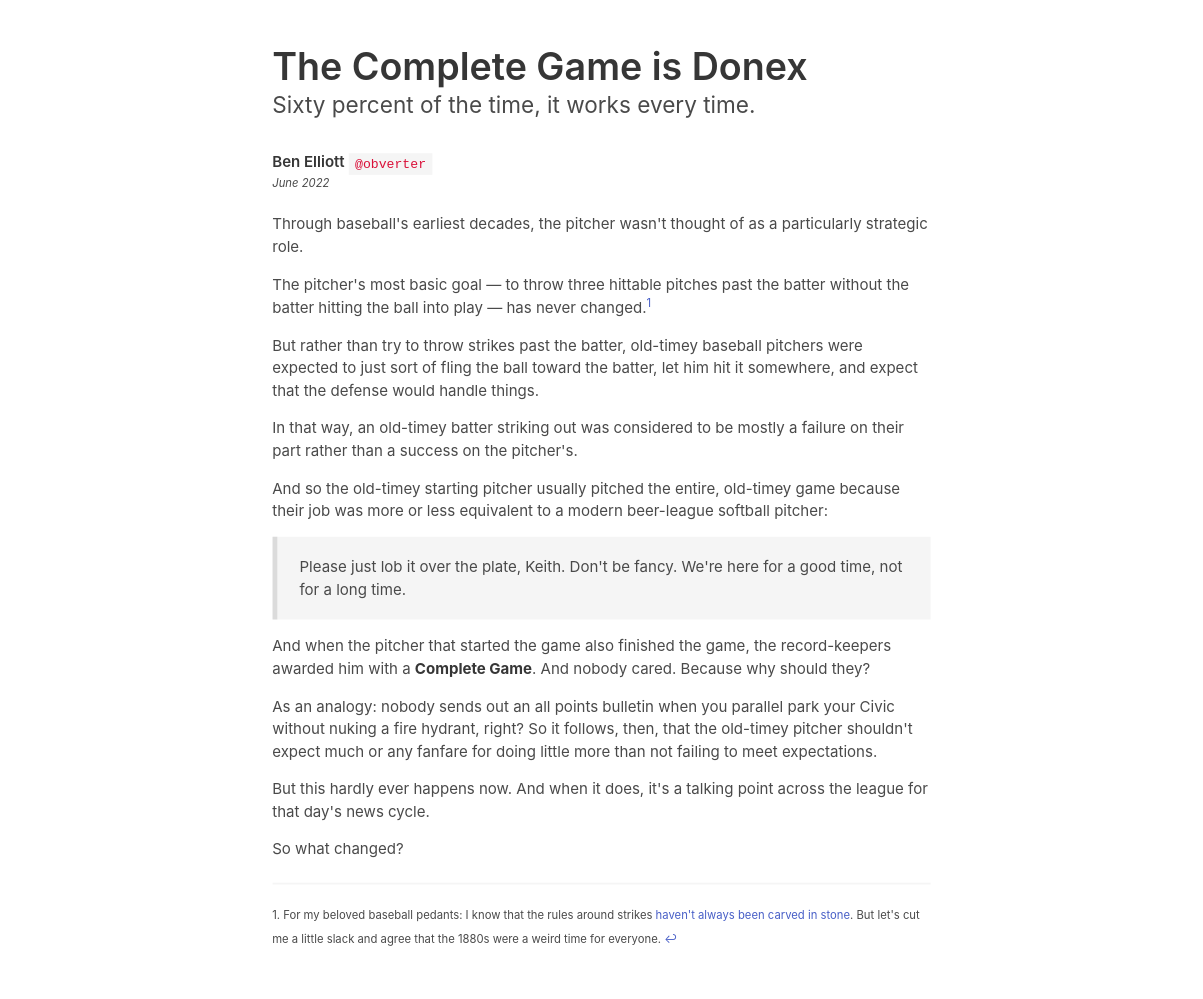
Repository: obverter/complete-games-are-done
Page: index.html
These files come from the project's save history. The page is drawn as it stood at one moment and after the next save; the edit follows.
The browser window is 1280 px wide. The pictures show the whole page, at 94% of full size.

Above is the page before, as saved 2022-06-24 16:49:56.

After the next save:
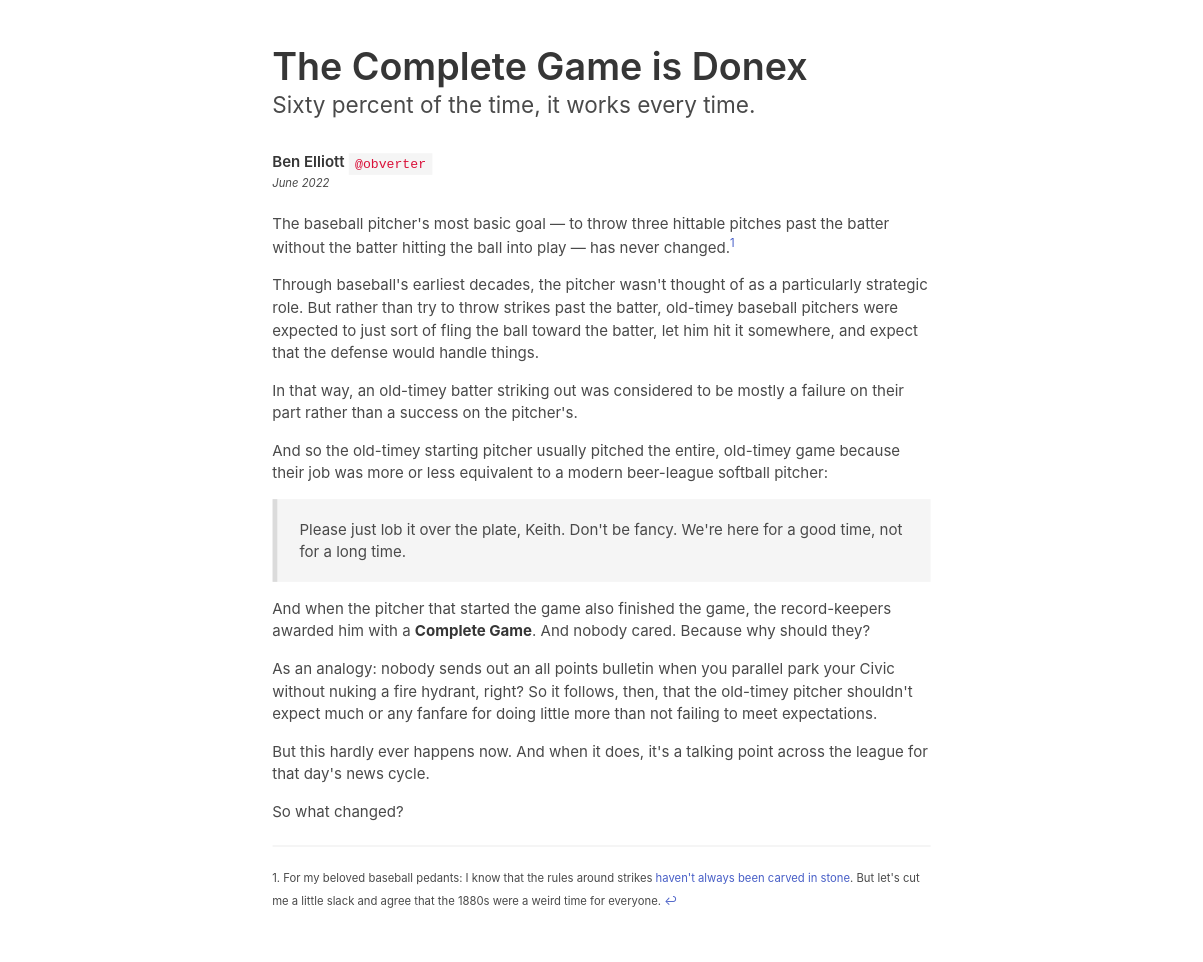
Saved 61 s later.
--- a/index.html
+++ b/index.html
@@ -35,15 +35,13 @@
                     <h6 class="subtitle is-7"><em>June 2022</em></h6>
                     <div class="content">
                         <p>
-                            Through baseball's earliest decades, the pitcher
-                            wasn't thought of as a particularly strategic role.
-                        </p>
-                        <p>
-                            The pitcher's most basic goal — to throw three
+                            The baseball pitcher's most basic goal — to throw three
                             hittable pitches past the batter without the batter
                             hitting the ball into play — has never changed.<sup><a href="#fn1" id="ref1">1</a></sup>
                         </p>
                         <p>
+                            Through baseball's earliest decades, the pitcher
+                            wasn't thought of as a particularly strategic role.
                             But rather than try to throw strikes past the
                             batter, old-timey baseball pitchers were expected to
                             just sort of fling the ball toward the batter, let
